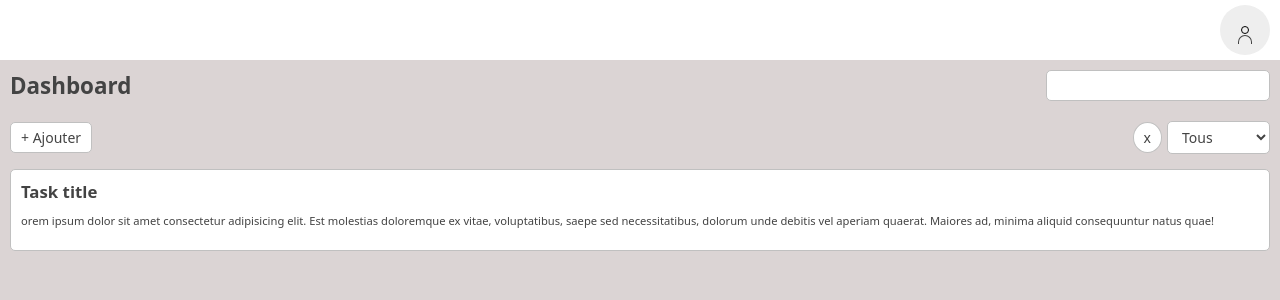
Repository: zpaulange/task_manager
Page: dashboard/index.html
These files come from the project's save history. The page is drawn as it stood at one moment and after the next save; the edit follows.
The browser window is 1280 px wide. The pictures show the whole page.

Above is the page before, as saved 2025-03-06 15:20:01.

### dashboard/index.html
<!DOCTYPE html>
<html lang="en">
<head>
    <meta charset="UTF-8">
    <meta name="viewport" content="width=device-width, initial-scale=1.0">
    <link rel="stylesheet" href="../assets/styles/dashboard/style.css">
    <title>Document</title>
</head>
<body>
  <section class="dashboard">
    <div class="dashboard_right">
      <nav class="dashbaord_nav">
        <a href="#" class="dashbaord_nav_avatar">
          <span></span>
        </a>
      </nav>
      <main class="main">
        <div class="main_header">
          <h1 class="main_header_title">Dashboard</h1>
          <input type="search" name="search" class=" main_header_search">
        </div>
        <div class="main_header_actions">
          <div class="main_header_actions_left">
            <button class="main_header_actions_btn">+ Ajouter</button>
          </div>
          <div class="main_header_actions_right">
            <button class="main_header_actions_right_btnDel rounded-btn del">x</button>
            <select name="filter" class="main_header_actions_right_filter" id="">
              <option value="0">Tous</option>
              <option value="1">En cours</option>
              <option value="2">Annulés</option>
              <option value="3">Terminés</option>
            </select>
          </div>
        </div>
        <section class="main-task">
          <div class="main-task__content">
            <div class="main-task__content-item">
              <div class="main-task__content-item__title">
                Task title
              </div>
              <p class="main-task__content-item__desc">
                orem ipsum dolor sit amet consectetur adipisicing elit. Est molestias doloremque ex vitae, voluptatibus, saepe sed necessitatibus, dolorum unde debitis vel aperiam quaerat. Maiores ad, minima aliquid consequuntur natus quae!
              </p>
            </div>
            <!-- <section class="box box-center">
              <h1>Aucune tache disponible...</h1>
            </section> -->
          </div>

        </section>
      </main>
    </div>
  </section>

</body>
</html>

### assets/styles/dashboard/style.css
*{
  margin:0;
  padding:0;
  box-sizing: border-box;
  position:relative;
  font-family: system-ui, sans-serif;
  font-size: 14px;
  color:#434343;
}
body{
  overflow-x: hidden;
}
a{
  text-decoration: none;
}
a:active, a:hover{
  color:#434343;
}
img{
  width: 100%;
  height: auto;
}
ul li{
  list-style: none;
}
input[type="search"],
input[type="text"],
input[type="date"]{
  padding:5px 10px;
  border-radius:5px;
  border:1px solid silver
}
input:focus, select:focus{
  outline: none;
}

.dashboard{
  min-height: 100vh;
  background-color: #dbd4d4;
}

.dashboard_right{
  min-height: 100vh;
}
.dashbaord_nav{
  background-color: #fff;
  padding:5px 10px;
  display: flex;
  align-items:center;
  justify-content: flex-end;
  z-index: 1000;
  position: sticky;
  top:0;
  left:0;
}
.dashbaord_nav_avatar{
  display: flex;
  align-items: center;
  justify-content: center;
  height:50px;
  width: 50px;
  border-radius:50%;
  background-color: #eee;

}
.dashbaord_nav_avatar span{
  display: inline-block;
  height: 8px;
  width: 8px;
  border-radius:50%;
  border:1px solid #000
}
.dashbaord_nav_avatar span:before{
  content:'';
  position: absolute;
  height: 8px;
  width: 12px;
  border:1px solid;
  left:50%;
  transform: translateX(-50%);
  top:8px;
  border-bottom: none;
  border-top-left-radius: 10px;
  border-top-right-radius: 10px;
}

.main{
  padding:10px;
}
.main_header_title{
  font-size: 1.6rem;
}
.box{
  min-height: calc(100vh - 180px);
  background-color: #fff;
  border-radius:5px;
  padding:10px;
  margin-top:20px
}
.box.box-center{
  display: flex;
  align-items:center;
  justify-content: center;
}

.main_header{
  display: flex;
  justify-content: space-between;
  align-items:center;
  margin-bottom:20px;
}
.main_header_actions{
  display: flex;
  justify-content: space-between;
  align-items:center;
}
.main_header_actions_btn{
  padding:5px 10px;
  border-radius:5px;
  border:1px solid silver;
  background-color: #fff;
  cursor: pointer;
  transition: .2s;
}
.main_header_actions_btn:hover{
  background-color:blue;
  color:#fff;
}
.main_header_actions_right{
  display: flex;
  align-items:center;
  gap:5px;
}
.rounded-btn{
  padding:5px 10px;
  border-radius:50%;
  border:1px solid silver;
  background-color: #fff;
  cursor: pointer;
  transition: .2s;
  cursor:pointer;
}
.rounded-btn.del:hover{
  background-color:red;
  color:#fff;
}
.main_header_actions_right_filter{
  padding:5px 10px;
  border-radius:5px;
  border:1px solid silver;
  background-color: #fff;
}

.main-task__content{
  margin-top:15px;
}
.main-task__content-item{
  background-color:#fff;
  padding:10px;
  border-radius:5px;
  border:1px solid silver
}
.main-task__content-item__title{
  font-size: 1.2rem;
  font-weight: 600;
}
.main-task__content-item__desc{
  font-size: .8rem;
  line-height: 1.2rem;
  margin-top:10px;
  margin-bottom:10px;
}

After the next save:
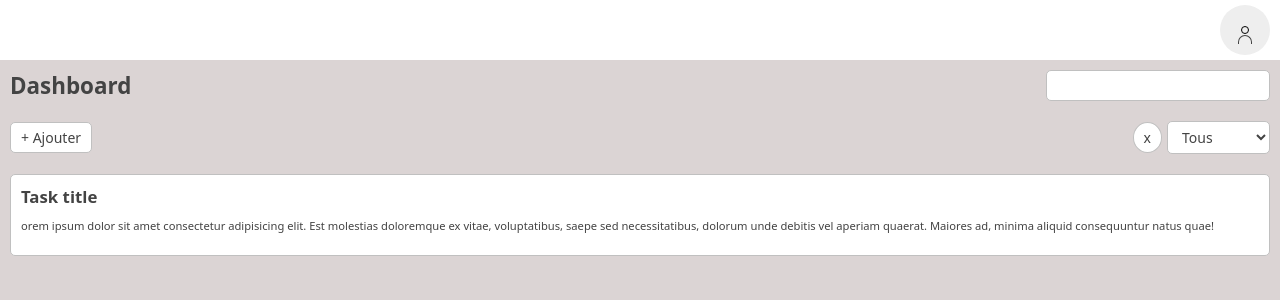
Saved 5 s later.
--- a/assets/styles/dashboard/style.css
+++ b/assets/styles/dashboard/style.css
@@ -152,7 +152,7 @@ input:focus, select:focus{
 }
 
 .main-task__content{
-  margin-top:15px;
+  margin-top:20px;
 }
 .main-task__content-item{
   background-color:#fff;
